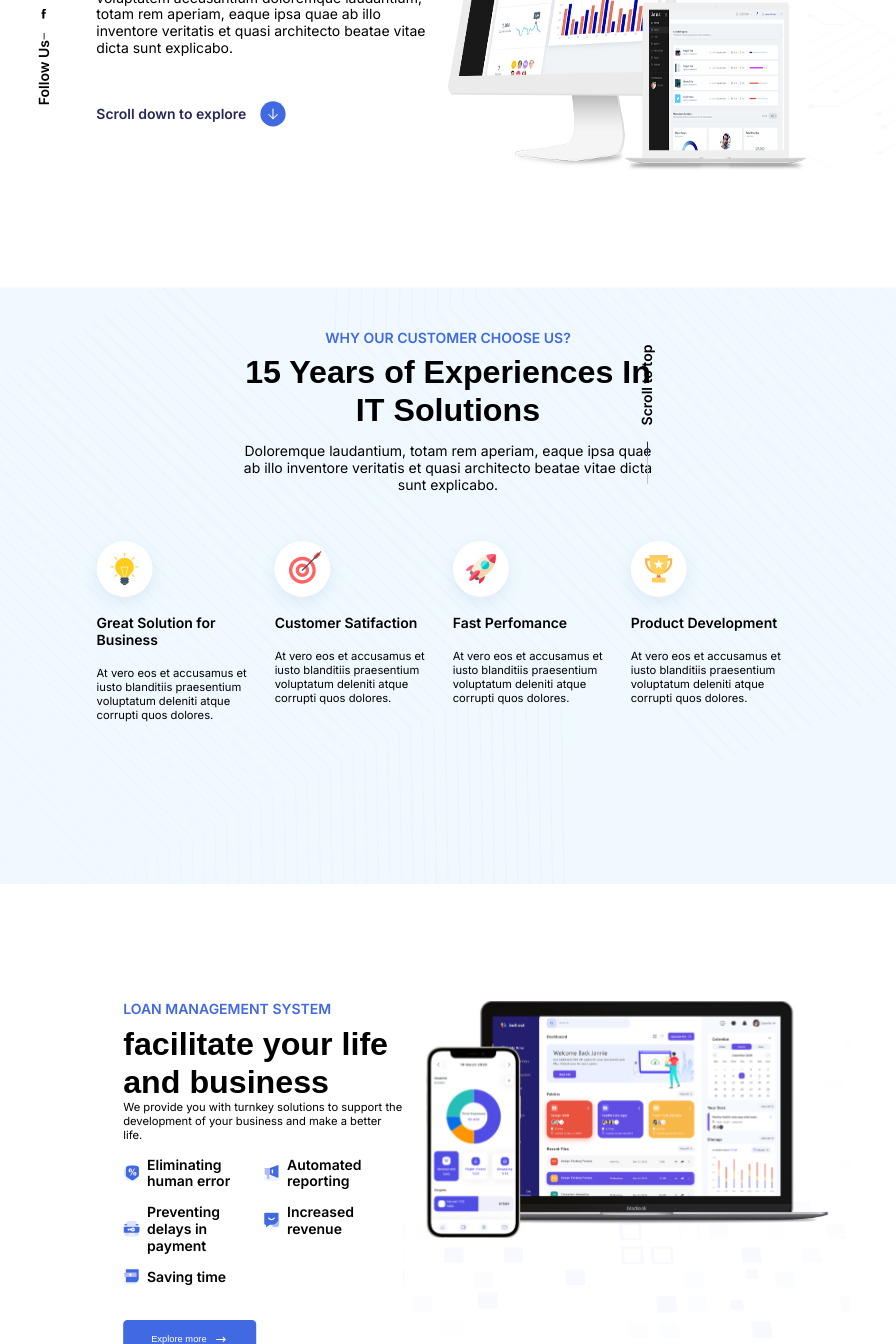
Repository: Chamsmey/static-html-css
Page: index.html
These files come from the project's save history. The page is drawn as it stood at one moment and after the next save; the edit follows.
The browser window is 1280 px wide. The pictures show the part of the page from y = 404 to 2324 px (the page is 3034 px tall), at 70% of full size.
Some web fonts or font styles are not loaded; a fallback is used.

Above is the page before, as saved 2022-11-15 15:47:03.

### index.html
<!DOCTYPE html>
<html lang="en">

<head>
    <meta charset="UTF-8">
    <meta http-equiv="X-UA-Compatible" content="IE=edge">
    <meta name="viewport" content="width=device-width, initial-scale=1.0">
    <title>Blue Tech Solution</title>
    <link rel="stylesheet" href="./css/style.css">
    <link rel="shortcut icon" href="./icons/BlueTech solution _ Logo.svg" type="image/x-icon">
</head>

<body>

    <!-- /// navbar  -->
    <div class="container">
        <nav>
            <div class="logo_group">
                <img src="./icons/BlueTech solution _ Logo.svg" alt="">
            </div>
            <ul class="nav_menu flex_evenly_center">
                <a href="#">
                    <li class="menu_items">Home</li>
                </a>
                <a href="#choose_us">
                    <li class="menu_items">Why choose us
                </a>
                <a href="#products">
                    <li class="menu_items">Products
                </a>
                <a href="#contact">
                    <li class="menu_items">Contact us
                </a>
                <a href="#faq">
                    <li class="menu_items">FAQs</li>
                </a>
            </ul>
            <button class="btn btn_primary">
                <img src="./icons/icon_play_circle.svg" alt="">
                <span>Request demo</span>
            </button>
        </nav>
        <!-- // home  -->
        <section id="home" class="">
            <!-- si=============side left ========= -->
            <div id="side_left" class="flex_beteen_center">

                <div id="follow_social">
                    <div class="icon_group flex_col">
                        <img class="follow_icon" width="15.02px" height="12.6px" src="./icons/icon_telegram.svg" alt="">
                        <img class="follow_icon" width="14.98px
                        " height="11.24px" src="./icons/icon_youtube.svg" alt="">
                        <img class="follow_icon" width="15px" height="15px" src="./icons/icon_linkedIn.svg" alt="">
                        <img class="follow_icon" width="7.5px" height="15px" src="./icons//Icon_facebook.svg" alt="">
                        <img class="follow_icon" width="2px" height="10px" src="./icons//icon_I.svg" alt="">

                        <h5 class="text_tranform text_sm text_center my_25"> Follow Us </h5>

                    </div>
                </div>
                <div id="content">
                    <div class="">
                        <h1 class="text_3xl" >True PowerFul Business Partner: <span class="text_3xl color_primary">Blue Tech </span>Solution</h1>
                        <p class="text_sm">Sed ut perspiciatis unde omnis iste natus error sit voluptatem
                            accusantium doloremque laudantium, totam rem aperiam, eaque ipsa quae ab
                            illo inventore veritatis et quasi architecto
                            beatae vitae dicta sunt explicabo.</p>
                    </div>
                    <div class="">
                        <div id="scroll_icon">
                            <h4 class="text_sm color_secodary">Scroll down to explore</h4>
                            <div class="icon_circle bg_primary ml_10">
                                <img src="./icons/icon_arrow_down_white.png" alt="">
                            </div>
                        </div>

                    </div>

                </div>
            </div>
            <!-- /////////////// side right  -->
            <div id="side_right">
                <img src="./images/home/01.jpg" alt="">
            </div>
        </section>
        </section>

        <!-- choose us -->
        <section id="choose_us" class="choose_us_section bg_primary">
            <div class="header">
                <div class="section_header">
                    <h4 class="text_sm color_primary text_upper mt_50">
                        Why our customer choose us?
                    </h4>
                    <h1 class="text_3xl my_10">
                        15 Years of Experiences
                        In IT Solutions
                    </h1>
                    <p class="text_sm my_10">
                        Doloremque laudantium, totam rem aperiam,
                        eaque ipsa quae ab illo inventore veritatis et quasi architecto beatae
                        vitae dicta sunt explicabo.
                    </p>
                </div>
            </div>
            <div class="card_group_items">
                <div class="card_group flex_beteen_start">
                    <div class="card">
                        <div class="card_header">
                            <div class="icon_circle bg_white icon_80x_80x box_shadow">
                                <img src="./icons/icon_light.svg" alt="">
                            </div>
                        </div>
                        <div class="card_body">
                            <h4 class="text_sm my_25">Great Solution for Business</h4>
                            <p class="text_ms my_10">At vero eos et accusamus et iusto blanditiis praesentium
                                voluptatum deleniti atque corrupti quos dolores.</p>
                        </div>
                    </div>
                    <div class="card">
                        <div class="card_header">
                            <div class="icon_circle bg_white icon_80x_80x box_shadow">
                                <img class="posttion_absolute_center" src="./icons/icon_focus.svg" alt="">
                            </div>
                        </div>
                        <div class="card_body">
                            <h4 class="text_sm my_25">Customer Satifaction</h4>
                            <p class="text_ms my_10">At vero eos et accusamus et iusto blanditiis praesentium
                                voluptatum deleniti atque corrupti quos dolores.</p>
                        </div>
                    </div>
                    <div class="card">
                        <div class="card_header">
                            <div class="icon_circle bg_white icon_80x_80x box_shadow">
                                <img src="./icons/icon_rocket.svg" alt="">
                            </div>
                        </div>
                        <div class="card_body">
                            <h4 class="text_sm my_25">Fast Perfomance</h4>
                            <p class="text_ms my_10">
                                At vero eos et accusamus et iusto blanditiis praesentium
                                voluptatum deleniti atque corrupti quos dolores.</p>
                        </div>
                    </div>
                    <div class="card">
                        <div class="card_header">
                            <div class="icon_circle bg_white icon_80x_80x box_shadow">
                                <img src="./icons/icon_champion.svg" alt="">
                            </div>
                        </div>
                        <div class="card_body">
                            <h4 class="text_sm my_25">Product Development</h4>
                            <p class="text_ms my_10">At vero eos et accusamus et iusto blanditiis praesentium
                                voluptatum deleniti atque corrupti quos dolores.</p>
                        </div>
                    </div>
                </div>
            </div>
            <div class="scroll_bar">
                <h4 class="scroll_bar_title text_sm text_tranform py_30">
                 Scroll to top
                </h4>

                <div class="bar">
                    <img src="./icons/icon_scroll_bar.svg" alt="">
                </div>
            </div>
        </section>
    </div>
    <div>

    </div>
    <!-- product  -->
    <div class="container">
        <section id="products" class="products_section">
            <div class="product_description">
                <h4 class="text_sm text_upper color_primary">Loan Management system</h4>
                <h1 class="text_3xl mt_10">
                    facilitate your life and business
                </h1>
                <p class="text_ms">We provide you with turnkey solutions to support the development
                    of your business and make a better life.</p>
                    <div class="product_values flex_beteen_start">
                        <div class="product_value flex_align_center mt_20">
                            <img src="./icons/icon_percent.svg" alt="">
                            <p class="text_sm text_simibold ml_20">Eliminating human error</p>
                        </div>
                        <div class="product_value flex_align_center mt_20">
                            <img src="./icons/icon_micro.svg" alt="">
                            <p class="text_sm text_simibold ml_20">Automated reporting</p>
                        </div>
                        <div class="product_value flex_align_center mt_20">
                            <img src="./icons/icon_prevent.svg" alt="">
                            <p class="text_sm text_simibold ml_20">Preventing delays in payment</p>
                        </div>
                        <div class="product_value flex_align_center mt_20">
                            <img src="./icons/icon_sms.svg" alt="">
                            <p class="text_sm text_simibold ml_20">Increased revenue</p>
                        </div>
                        <div class="product_value flex_align_center mt_20">
                            <img src="./icons/icon_save.svg" alt="">
                            <p class="text_sm text_simibold ml_20">Saving time</p>
                        </div>
                    </div>
                <button class="btn btn_primary mt_50"><a href="#" class="color_white">Explore more</a> <img src="./icons/icon_arrow_right.svg" alt=""></button>
            </div>
            <div class="product_bg">
                <img src="./images/product.svg" alt="">

            </div>

        </section>
        <section id="products" class="products_section">
            <div class="product_bg">
                <img src="./images/products/products.svg" alt="">

            </div>
            <div class="product_description">
                <h4 class="text_sm text_upper color_primary">Loan Management system</h4>
                <h1 class="text_3xl mt_10">
                    facilitate your life and business
                </h1>
                <p class="text_ms">We provide you with turnkey solutions to support the development
                    of your business and make a better life.</p>
                    <div class="product_values flex_beteen_start">
                        <div class="product_value flex_align_center mt_20">
                            <img src="./icons/icon_percent.svg" alt="">
                            <p class="text_sm text_simibold ml_20">Eliminating human error</p>
                        </div>
                        <div class="product_value flex_align_center mt_20">
                            <img src="./icons/icon_micro.svg" alt="">
                            <p class="text_sm text_simibold ml_20">Automated reporting</p>
                        </div>
                        <div class="product_value flex_align_center mt_20">
                            <img src="./icons/icon_prevent.svg" alt="">
                            <p class="text_sm text_simibold ml_20">Preventing delays in payment</p>
                        </div>
                        <div class="product_value flex_align_center mt_20">
                            <img src="./icons/icon_sms.svg" alt="">
                            <p class="text_sm text_simibold ml_20">Increased revenue</p>
                        </div>
                        <div class="product_value flex_align_center mt_20">
                            <img src="./icons/icon_save.svg" alt="">
                            <p class="text_sm text_simibold ml_20">Saving time</p>
                        </div>
                    </div>
                <button class="btn btn_primary mt_50"><a href="#" class="color_white">Explore more</a> <img src="./icons/icon_arrow_right.svg" alt=""></button>
            </div>


        </section>

    </div>
    <!-- contact  -->
    <section id="contact" class="contact_us_section">

    </section>

    <!-- FAQs  -->
    <section id="faq" class="faq_section">

    </section>
    </div>

    <!-- footer -->
    <footer>

    </footer>
</body>

</html>

### css/style.css
@import url("https://fonts.cdnfonts.com/css/recoleta");
@import url("https://fonts.googleapis.com/css2?family=Inter:wght@100;200;300;400;500;600&family=Open+Sans:ital,wght@0,300;0,400;1,300&display=swap");

* {
  padding: 0;
  margin: 0;
  box-sizing: border-box;
  scroll-behavior: smooth;
}
/* root  */
:root {
  /* color  */
  --color-primary: #4169e1;
  --color-secondary: #262856;
  --bg-color-:#F0F9FF
;
  --color-black: #292d33;
  --color-red: #c14040;
  --color-background: #f1f6fa;
  /* // font size  */
  --text-headline-1: 46px;
  --text-headline-2: 38px;
  --text-headline-3: 30px;
  --text-headline-4: 22px;
  --text-headline-6:18px;
  --text-paragraph-1: 20px;
  --text-paragraph-2: 16px;
  --text-paragraph-3:14px;
  /* // font  family  */
  --heading-font: "Recoleta", sans-serif;
  --paragraph-font: "Open Sans", sans-serif;
  --sub-heading-font: "Inter", sans-serif;
}
/* nav/ */
.color_primary {
  color: var(--color-primary);
}
.color_secodary{
  color: var(--color-secondary);
}
.bg_white{
  background:#fff;
}

/* // text style  */
.text_sm{
  font-size: var(--text-paragraph-1);
  font-family: var(--sub-heading-font);

}
.text_ms{
  font-size: var(--text-paragraph-2);
  font-family: var(--sub-heading-font);
}
.text_3xl{
  font-size: var(--text-headline-1);
  font-family: var(--heading-font);
}
.text_2xl{
  font-size: var(--text-headline-2);
  font-family: var(--heading-font);
}
.text_xl{
  font-size: var(--text-headline-3);
  font-family: var(--heading-font);
}
.text_md{
  font-family: var(--sub-heading-font);
  font-size: var( --text-headline-2);
}
.text_sm_bold{
  font-size: 700;
}

.text_thin{
  font-weight: 400;
}
.text_simibold{
  font-weight: 600;
}
.text_bold{
  font-weight: 700;
}
.text_upper{
  text-transform: uppercase;
}
.text_center {
  text-align: center;
}
.ml_10{
  margin-left: 10px;
}
/* // margin  */
.my_25{
  margin: 25px 0;
}

.my_10{
  margin: 10px 0;
}
.mt_50 {
  margin-top: 50px;
}

.mt_30 {
  margin-top: 30px;
}
.mt_50{
  margin-top: 50px;
}
.mt_20{
  margin-top: 20px;
}
.mt_10{
  margin-top: 10px;
}
.ml_10{
  margin-left: 20px;
}
.ml_20{
  margin-left: 10px;
}

/* // padding */
.px_20{
    padding: 0 20px;
}
.py_10{
  padding: 10px 0;
}

.py_30{
  padding: 30px 0;
}
.px_30{
    padding: 0 30px;
}

/* // flexbox */
.flex_beteen_center {
    display: flex;
    justify-content: space-between;
    flex-wrap: wrap;
    align-items: center;
  }
  .flex_align_center{
    display: flex;
    align-items: center;
  }
  .flex_beteen_start {
    display: flex;
    justify-content: space-between;
    flex-wrap: wrap;
    align-items: flex-start;
  }
  .flex_evenly_center {
    display: flex;
    justify-content: space-evenly;
    flex-wrap: wrap;
    align-items: center;
  }

  .postion_absolute{
    position:absolute;
  }


.box_shadow{
  box-shadow: 0px 8px 24px rgba(53, 95, 158, 0.1);
}
/* ============ */

.container{
  width: 100%;
  margin: auto;
  margin-top: 50px;
}
nav {
  width: 80%;
  margin: 27px auto;
  display: flex;
  justify-content: space-between;
  align-items: center;
}


.nav_menu {
  width: 50%;
  list-style-type: none;
  box-sizing: border-box;
}
a {
  color: var(--color-black);
}
.menu_items {
  color: black;
/* margin-right: 10%; */
  font-family: "Inter", sans-serif;
  font-style: normal;
  font-weight: 400;
  font-size: 16px;
}
a {
  text-decoration: none;
}

.bg_primary {
  background: var(--color-primary);
}
.btn {
  Width:190px;
  Height:54px;
  display: flex;
  flex-direction: row;
  justify-content: space-evenly;
  align-items: center;
  padding: 11px 30px;
  border: none;
  border-radius: 6px;
}
.btn_primary{
  color: white;
  background:var(--color-primary);

}
.color_white{
  color: white;
}
/* home  */
#home {
    width: 100%;
    display: flex;
    margin: auto;
    justify-content: space-evenly;
}

.h1_title {
  font-size: 46px;
  font-family: var(--heading-font);
}
#side_left {
    width: 50%;
    padding: 1rem;
    display: flex;
    justify-content: space-between;
    /* background: red; */
}
#side_right{
  width: 50%;
  background-image: url(../images/home/frame_home.svg);
  background-position: center;
  background-repeat: no-repeat;
  background-size: cover;
  /* overflow: hidden; */

  display: flex;
  /* align-items: center; */
  /* background: green; */
}
#side_right img {
  width: 80%;
height: 509px;

}
#content {
    width: 80%;

    /* margin-top: 1rem; */
    /* padding:0em 8em ; */
    /* background: #d/dd; */
}
.flex_col {
  display: flex;
  flex-direction: column;
  flex-wrap: wrap;
}
.follow_icon {
  flex: 1;

  margin: 10px auto 10px auto;
}
#follow_social {
  margin-top: 4em;

}
.text_tranform {
  transform: rotate(-90deg);
}

#scroll_icon{
    margin-top: 4em;
    display: flex;
    align-items: center;
}
.posttion_absolute_center{
  position: absolute;
  left: 55%;
  top:48%;
  transform:translate(-50%, -50%);
}
.icon_circle{
  position: relative;
    width: 36px;
    padding: 5px;
    height: 36px;
    display: flex;
    justify-content: center;
    align-items: center;
    border-radius: 50%;
}

/* choose section  */
.choose_us_section{

  width: 100%;
  background:var(--bg-color-);
  background-image: url(../images/choose_page/frame_choose_us.svg);
  margin: 167px auto;
  display: flex;
  flex-direction: column;
  height: 852px;


}
.section_header{
  height: 352px;

  ;
}

.header .section_header{
  width: 49%;
  text-align: center;
  padding: 10px;
  display: flex;
  flex-direction: column;
  align-items: center;
  margin: auto;

}
.card_group_items{

  width: 80%;
  padding: 10px;
  display: block;
  margin: auto;
}
.card_group{
  height: 500px;
  /* background: #000; */

}
.card{
  width: 24%;
height: 300px;
/* background:gray; */

}

.icon_80x_80x{
  width: 80px;
  height: 80px;
}
.icon_center{
  left: 31.8%;

}

.scroll_bar{
  position: fixed;
  display: flex;

  flex-direction: column;
  justify-content: space-between;
  align-items:center;
  width: 50px;
  height: 200px;
  /* background: red; */
  left: 900px;
  top: 900px;

}

.scroll_bar_title{
    column-width: auto;
    width: 140px;
    padding-left: 0px;
    /* background: blue; */
}


/* ========productsection ===== */

.products_section{
  width: 100%;
  padding: 0 ;
  margin: auto;
  height: 600px;

  display: flex;
  /* justify-content: space-between; */
/* background: #ddd; */
}

.product_description{
 width: 45%;
  /* background:red; */
  padding-left: 11em;
}
.product_value{
  width: 50%;
}
.product_bg{
  width: 50%;
  /* background: #000; */
  display: flex;
  justify-content:center;
  align-items: flex-start;
  background-image: url(../images/products/frame_pro_section.svg);
  /* background-color: #cccccc;  */
  background-position: center;
  background-repeat: no-repeat;
  background-size: cover;
}

.product_bg img{
  width: 90%;
  box-sizing: border-box;
}

After the next save:
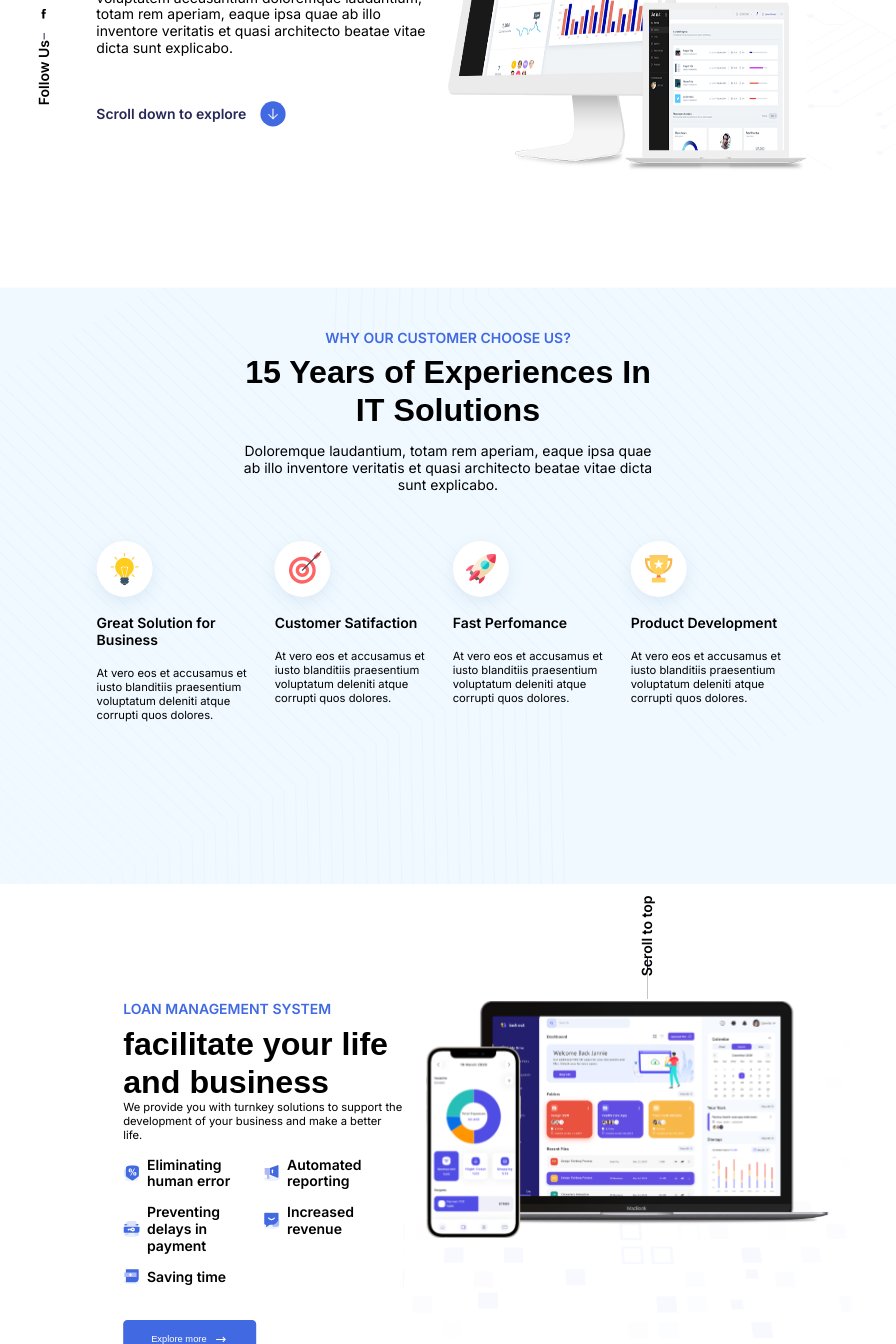
Saved 14 s later.
--- a/css/style.css
+++ b/css/style.css
@@ -367,7 +367,7 @@ height: 300px;
 }
 
 .scroll_bar{
-  position: fixed;
+  position: sticky;
   display: flex;
 
   flex-direction: column;
